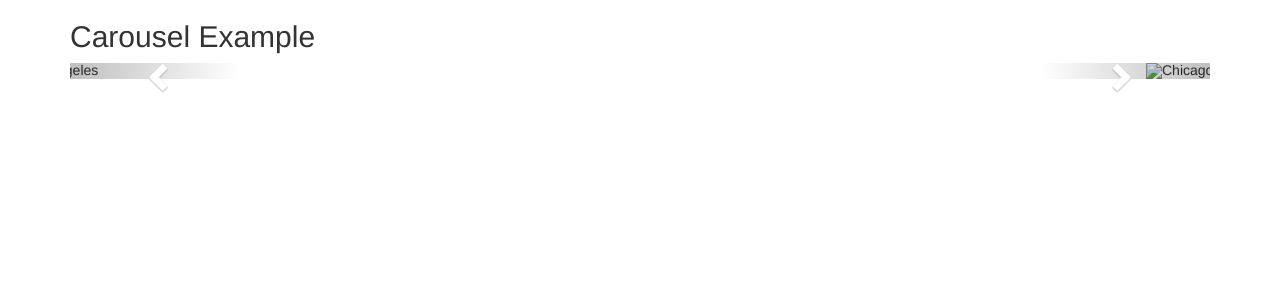
Repository: lacey-crenshaw/carousel
Page: index.html
The author's editor kept a copy of each file at every save. The page is drawn from the files as they stood at one save, then again after the next save.
The browser window is 1280 px wide. The pictures show the whole page.

Above is the page before, as saved 2020-02-16 17:04:10.
Not found: chicago.jpg
Not found: la.jpg
Not found: ny.jpg

After the next save:
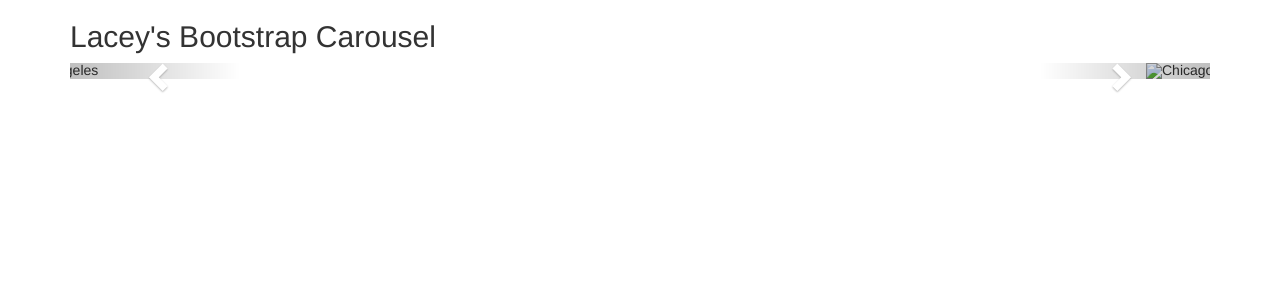
Saved 20 s later.
--- a/index.html
+++ b/index.html
@@ -11,7 +11,7 @@
 <body>
 
 <div class="container">
-  <h2>Carousel Example</h2>
+  <h2>Lacey's Bootstrap Carousel</h2>
   <div id="myCarousel" class="carousel slide" data-ride="carousel">
     <!-- Indicators -->
     <ol class="carousel-indicators">
